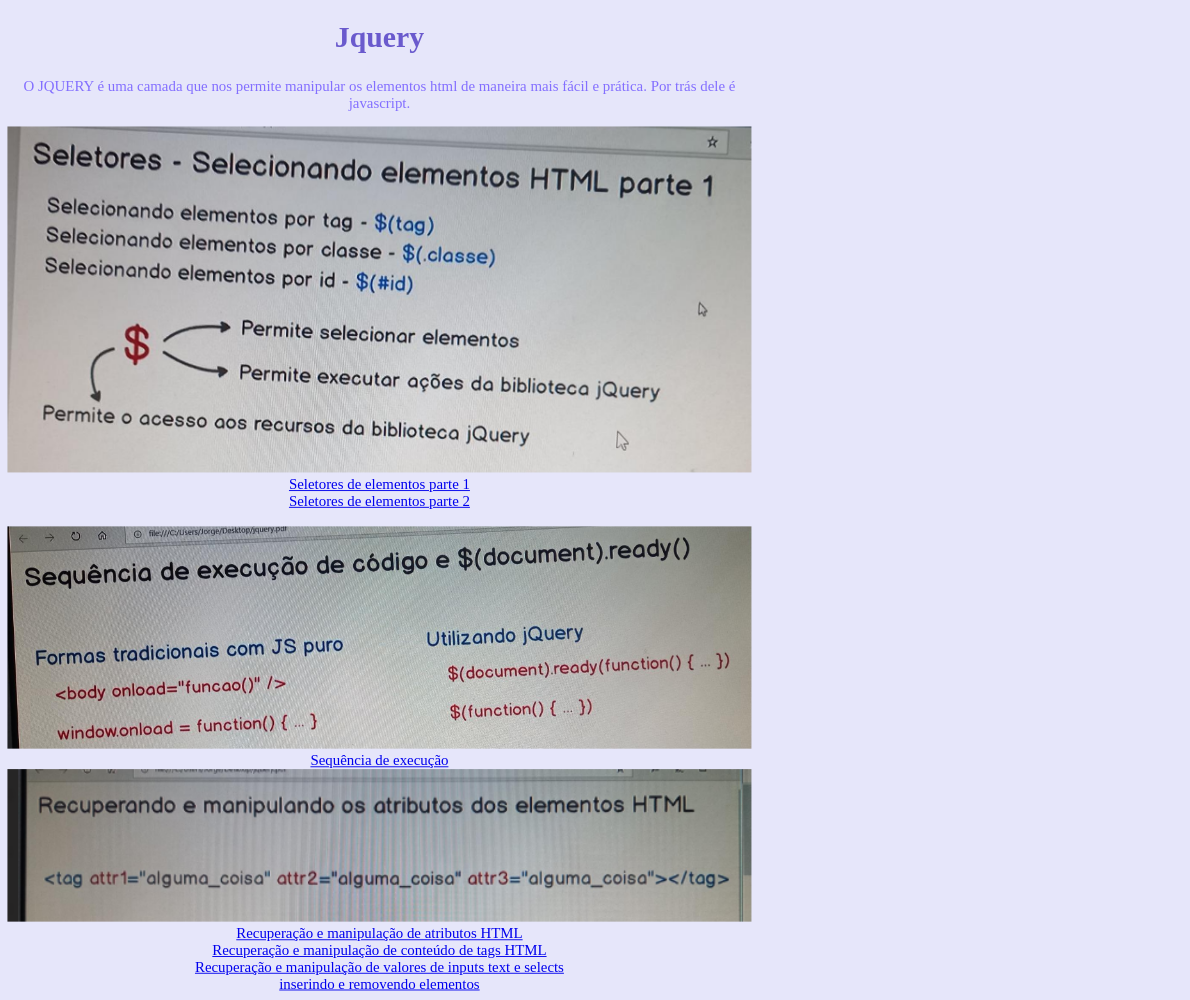
Repository: 2001mariana/jquery
Page: index.html
An editor plug-in stored every save of this project. The page is shown before and after a run of saves, followed by the edit.
The browser window is 1280 px wide. The pictures show the whole page, at 93% of full size.

Above is the page before, as saved 2022-08-04 15:33:12.

### index.html
<!DOCTYPE html>
<html>
<head>
    <meta charset='utf-8'>
    <meta http-equiv='X-UA-Compatible' content='IE=edge'>
    <title>Jquery</title>
    <meta name='viewport' content='width=device-width, initial-scale=1'>
    <!-- <link rel='stylesheet' type='text/css' media='screen' href='main.css'>
    <script src='main.js'></script> -->
    <script src="jquery-3.6.0.min.js"></script>
</head>
<body style="background-color: 	#E6E6FA;">
    <h1>Jquery</h1>
    <p>O JQUERY é uma camada que nos permite manipular os elementos html de maneira mais fácil e prática. Por trás dele é javascript.</p>

    <div>
        <img src="img/selec-elements-img.PNG" class="diversos2" id="imagem" />
    </div>
       <div ><a href="select-elements-part1.html">Seletores de elementos parte 1</a></div>
       <div><a href="select-elements-part2.html">Seletores de elementos parte 2</a></div>
    <br />
    <div>
        <img src="img/sequency-exec.PNG" id="imagem" />
    </div>
    <div><a href="execution-sequence.html">Sequência de execução</a></div>
    <div>
        <img src="img/update-attr-html-element.PNG" id="imagem" />
    </div>
    <div><a href="html-manipulation.html">Recuperação e manipulação de atributos HTML</a></div>
    <div><a href="html-tag-content-manipulation.html">Recuperação e manipulação de conteúdo de tags HTML</a></div>

    <div><a href="manipulating-text-input-​​and-selects.html">Recuperação e manipulação de valores de inputs text e selects</a></div>
    <div><a href="add-and-remove-html-elements.html">inserindo e removendo elementos</a></div>
</body>
<script>
    $("h1").css("color", "#6A5ACD")
    $("h1").css("margin-bottom", "26px")
    $("h1").css("text-align", "center")
    $("body").css("text-align", "center")
	$("body").css("width", "800px")
   $("p").css("color", "#836FFF")
   $("img").css("width", "800px")
</script>
</html>

Loaded but not shown: jquery-3.6.0.min.js (library)

After the next 5 saves:
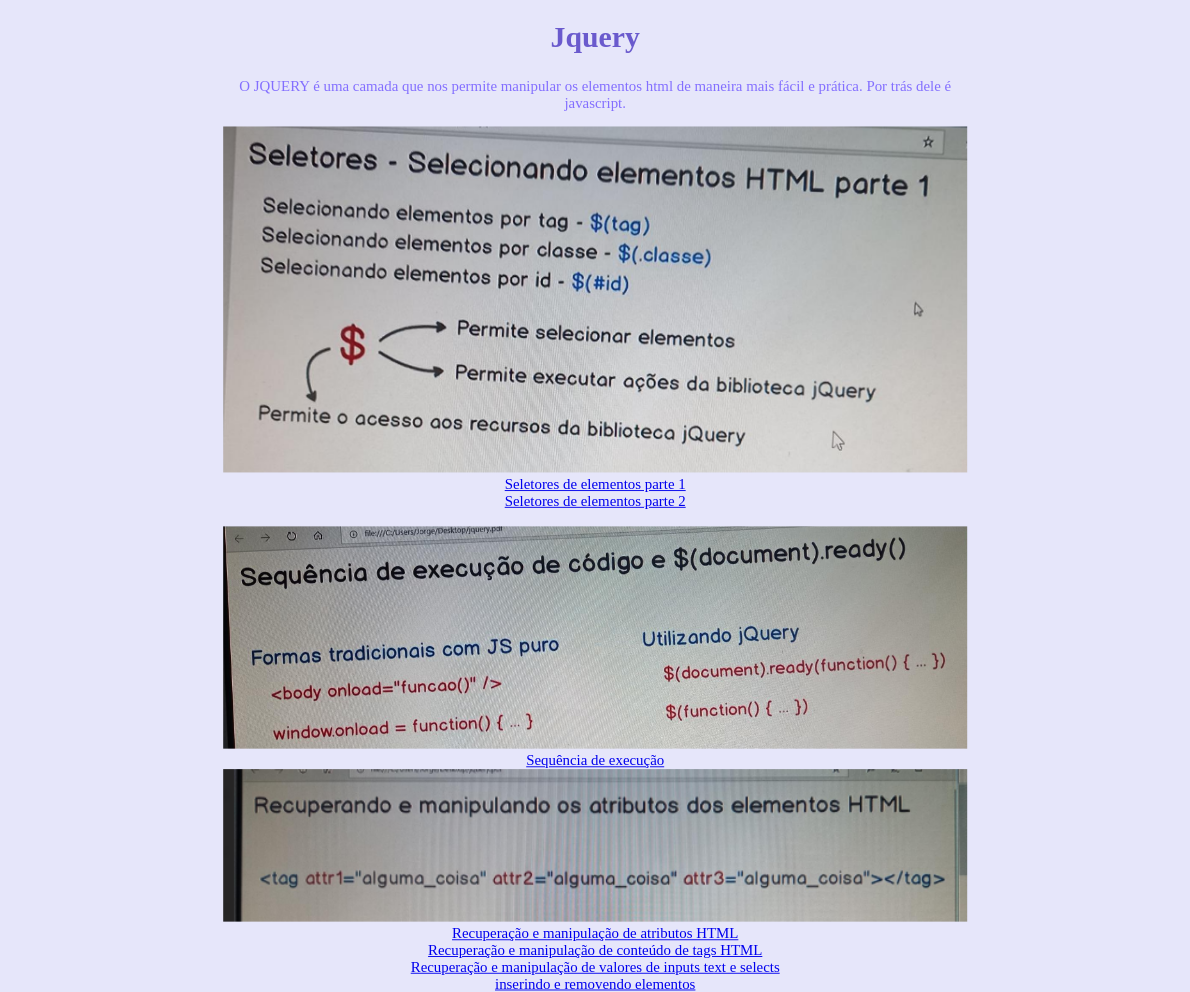
The 5 saves are shown as one change because they came seconds apart.
The last was saved 84 s later.
--- a/index.html
+++ b/index.html
@@ -9,7 +9,7 @@
     <script src='main.js'></script> -->
     <script src="jquery-3.6.0.min.js"></script>
 </head>
-<body style="background-color: 	#E6E6FA;">
+<body style="background-color:#E6E6FA; margin: 0 auto;">
     <h1>Jquery</h1>
     <p>O JQUERY é uma camada que nos permite manipular os elementos html de maneira mais fácil e prática. Por trás dele é javascript.</p>
 
